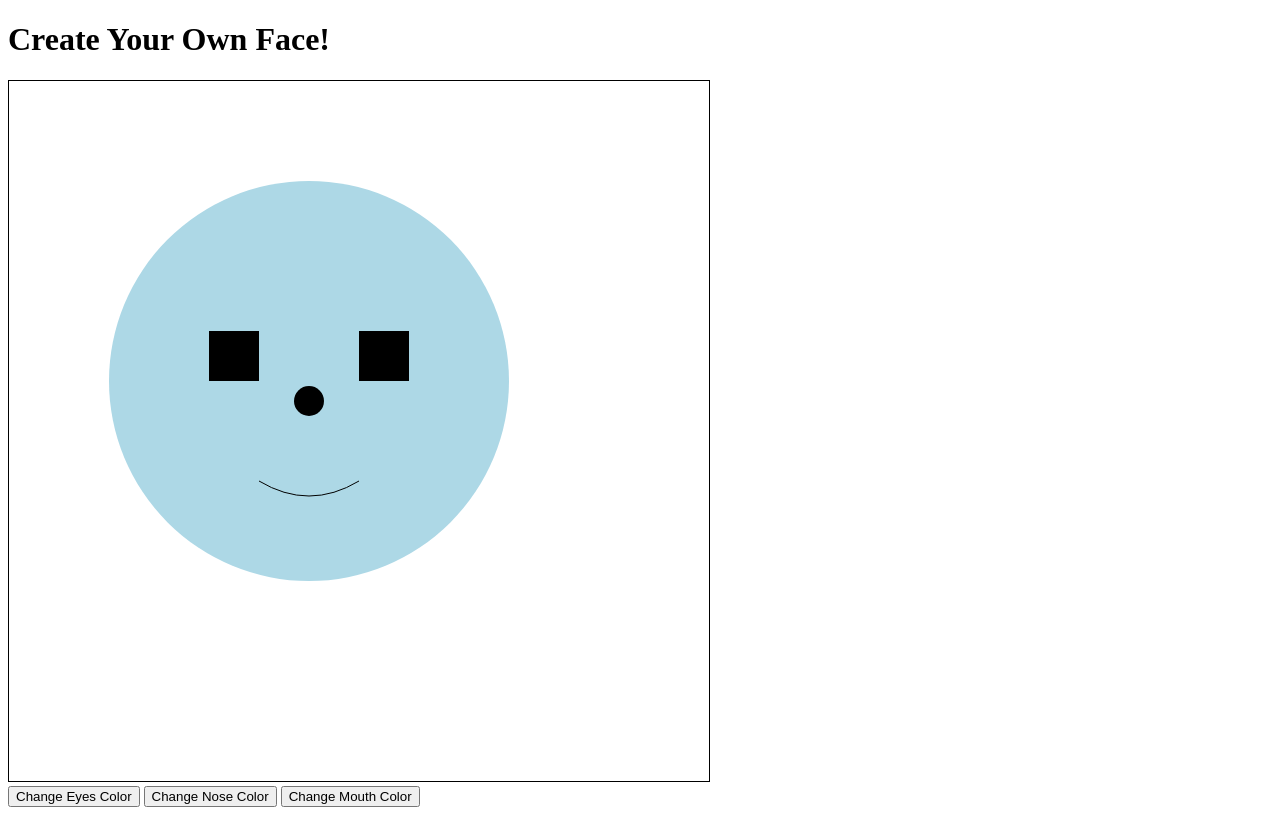
Repository: Chaimaa482/web2-tp1
Page: Tp1_1.html
These files come from the project's save history. The page is drawn as it stood at one moment and after the next save; the edit follows.
The browser window is 1280 px wide. The pictures show the whole page.

Above is the page before, as saved 2024-02-20 20:23:42.

### Tp1_1.html
<!DOCTYPE html>
<html lang="en">
<head>
    <meta charset="UTF-8">
    <meta name="viewport" content="width=device-width, initial-scale=1.0">
    <title>Custom Face Drawing</title>
</head>
<body>
    <h1>Create Your Own Face!</h1>
    <canvas id="myCanvas" width="700px" height="700px" style="border: 1px solid;"></canvas>
    <br>
    <button id="eyesButton">Change Eyes Color</button>
    <button id="noseButton">Change Nose Color</button>
    <button id="mouthButton">Change Mouth Color</button>

    <script>
        var canvas = document.getElementById("myCanvas");
        var ctx = canvas.getContext("2d");

        // Initial face drawing
        drawFace();

        function drawFace() {
            ctx.clearRect(0, 0, canvas.width, canvas.height);

            // Draw face outline
            ctx.fillStyle = "#add8e6"; // Light blue
            ctx.beginPath();
            ctx.arc(300, 300, 200, 0, Math.PI * 2);
            ctx.fill();

            // Draw eyes
            ctx.fillStyle = "black";
            ctx.fillRect(200, 250, 50, 50);
            ctx.fillRect(350, 250, 50, 50);

            // Draw nose
            ctx.fillStyle = "black";
            ctx.beginPath();
            ctx.arc(300, 320, 15, 0, Math.PI * 2);
            ctx.fill();

            // Draw mouth
            ctx.strokeStyle = "black";
            ctx.beginPath();
            ctx.moveTo(250, 400);
            ctx.quadraticCurveTo(300, 430, 350, 400);
            ctx.stroke();
        }

        // Event listeners for button clicks
        document.getElementById("eyesButton").addEventListener("click", function () {
            // Change eye color to green
            ctx.fillStyle = "green";
            ctx.fillRect(200, 250, 50, 50);
            ctx.fillRect(350, 250, 50, 50);
        });

        document.getElementById("noseButton").addEventListener("click", function () {
            // Change nose color to red
            ctx.fillStyle = "red";
            ctx.beginPath();
            ctx.arc(300, 320, 15, 0, Math.PI * 2);
            ctx.fill();
        });

        document.getElementById("mouthButton").addEventListener("click", function () {
            // Change mouth color to purple
            ctx.strokeStyle = "purple";
            ctx.beginPath();
            ctx.moveTo(250, 400);
            ctx.quadraticCurveTo(300, 430, 350, 400);
            ctx.stroke();
        });
    </script>
</body>
</html>

After the next save:
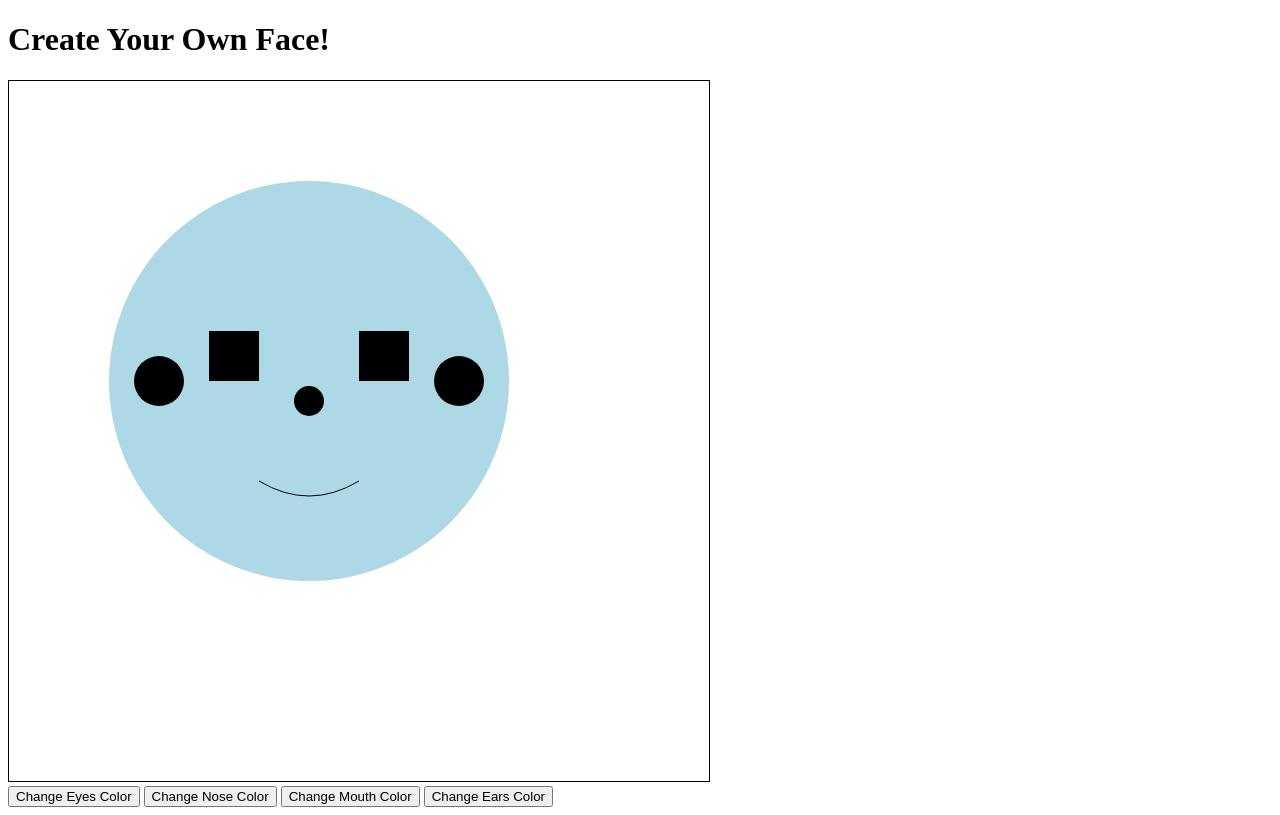
Saved 2 min 20 s later.
--- a/Tp1_1.html
+++ b/Tp1_1.html
@@ -12,6 +12,7 @@
     <button id="eyesButton">Change Eyes Color</button>
     <button id="noseButton">Change Nose Color</button>
     <button id="mouthButton">Change Mouth Color</button>
+    <button id="earsButton">Change Ears Color</button>
 
     <script>
         var canvas = document.getElementById("myCanvas");
@@ -46,6 +47,15 @@
             ctx.moveTo(250, 400);
             ctx.quadraticCurveTo(300, 430, 350, 400);
             ctx.stroke();
+
+            // Draw ears
+            ctx.fillStyle = "black";
+            ctx.beginPath();
+            ctx.arc(150, 300, 25, 0, Math.PI * 2);
+            ctx.fill();
+            ctx.beginPath();
+            ctx.arc(450, 300, 25, 0, Math.PI * 2);
+            ctx.fill();
         }
 
         // Event listeners for button clicks
@@ -72,6 +82,17 @@
             ctx.quadraticCurveTo(300, 430, 350, 400);
             ctx.stroke();
         });
+
+        document.getElementById("earsButton").addEventListener("click", function () {
+            // Change ear color to gray
+            ctx.fillStyle = "gray";
+            ctx.beginPath();
+            ctx.arc(150, 300, 25, 0, Math.PI * 2);
+            ctx.fill();
+            ctx.beginPath();
+            ctx.arc(450, 300, 25, 0, Math.PI * 2);
+            ctx.fill();
+        });
     </script>
 </body>
 </html>
